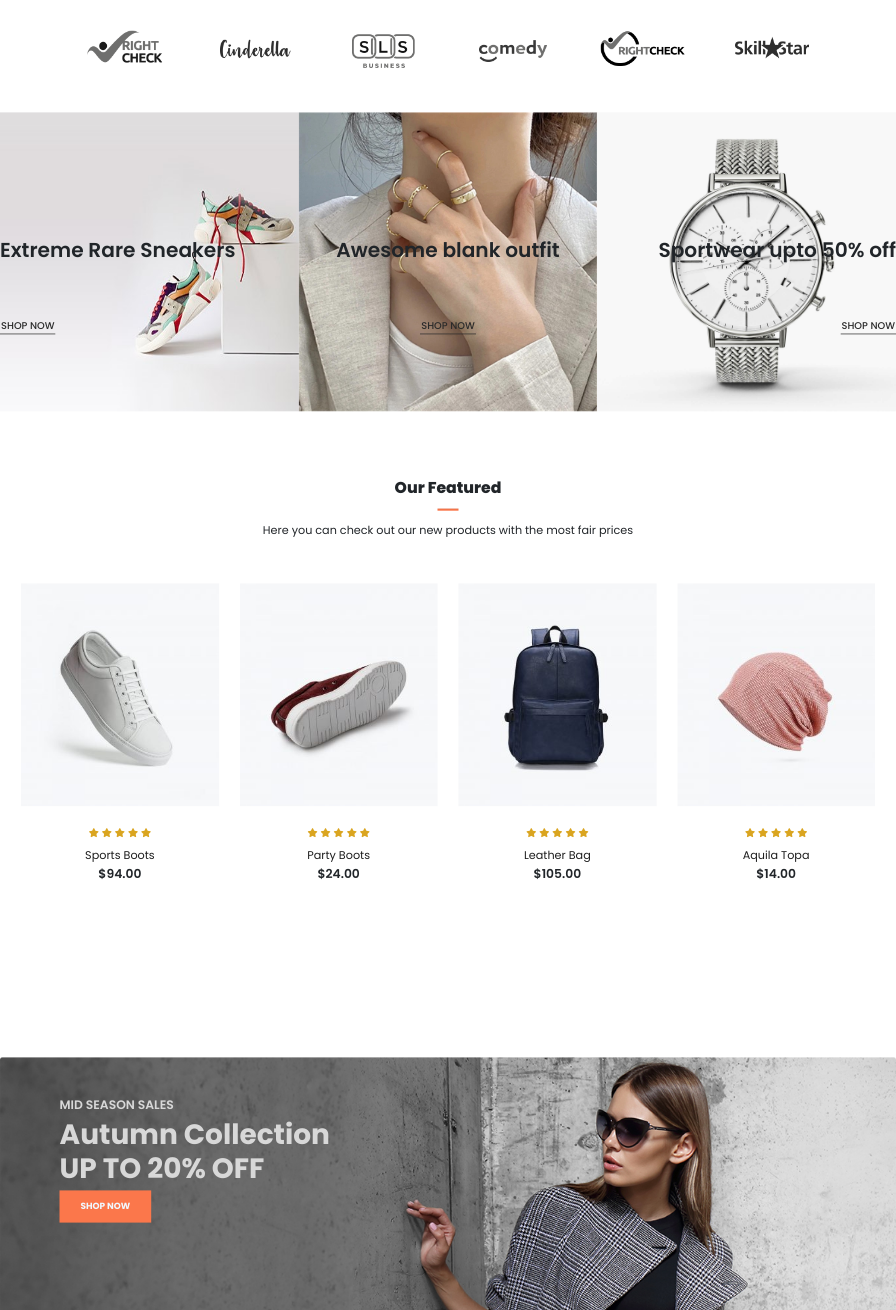
Repository: peter417waweru/e-commerce-UI
Page: index.html
The author's editor kept a copy of each file at every save. The page is drawn from the files as they stood at one save, then again after the next save.
The browser window is 1280 px wide. The pictures show the part of the page from y = 742 to 2662 px (the page is 2614 px tall before and 2662 px after), at 70% of full size.
Backgrounds fixed to the window are drawn as part of the page. Some web libraries are served in a nearby version.

Above is the page before, as saved 2025-02-07 23:48:28.

### index.html
<!DOCTYPE html>
<html lang="en">

    <head>
        <meta charset="UTF-8">
        <meta http-equiv="X-UA-Compatible" content="IE=edge">
        <meta name="viewport" content="width=device-width, initial-scale=1.0">
        <title>Ecommerce Website1</title>

        <link rel="stylesheet" href="https://cdn.jsdelivr.net/npm/bootstrap@4.1.3/dist/css/bootstrap.min.css"
         integrity="sha384-MCw98/SFnGE8fJT3GXwEOngsV7Zt27NXFoaoApmYm81iuXoPkFOJwJ8ERdknLPMO" crossorigin="anonymous">

        <link rel="stylesheet" href="https://pro.fontawesome.com/releases/v5.10.0/css/all.css" />

        <link rel="stylesheet" href="./style.css">
    </head>

    <body>

        <nav class="navbar navbar-expand-lg navbar-light bg-light py-3 fixed-top">
            <div class="container">
              <img src="img/logo1.png" alt="">
              <button class="navbar-toggler" type="button" data-bs-toggle="collapse" data-bs-target="#navbarSupportedContent" aria-controls="navbarSupportedContent" aria-expanded="false" aria-label="Toggle navigation">
                <span><i id="bar" class="fas fa-bars"></i></span>
              </button>
              <div class="collapse navbar-collapse" id="navbarSupportedContent">
                <ul class="navbar-nav ml-auto">
                  <li class="nav-item">
                    <a class="nav-link active" aria-current="page" href="#">Home</a>
                  </li>
                  <li class="nav-item">
                    <a class="nav-link" aria-current="page" href="#">Shop</a>
                  </li>
                  <li class="nav-item">
                    <a class="nav-link" aria-current="page" href="#">Blog</a>
                  </li>
                  <li class="nav-item">
                    <a class="nav-link" aria-current="page" href="#">About</a>
                  </li>
                  <li class="nav-item">
                    <a class="nav-link" aria-current="page" href="#">Contact Us</a>
                  </li>
                  <li class="nav-item">
                    <i class="fal fa-search"></i>
                    <i class="fal fa-shopping-bag"></i>
                  </li>


                </ul>

              </div>
            </div>
        </nav>


        <section id="home">
          <div class="container">
            <h5>NEW ARRIVALS</h5>
            <h1><span>Best Price</span> This year</h1>
            <p>Shop today with us for the best offers delivered to your doorsteps <br>
               within seconds.
            </p>
            <button>Shop Now</button>
          </div>
        </section>

        <section id="brand" class="container">
          <div class="row m-0 py-5">
            <img class="img-fluid col-lg-2 col-md-4 col-sm-6" src="img/brand/1.png" alt="">
            <img class="img-fluid col-lg-2 col-md-4 col-sm-6" src="img/brand/2.png" alt="">
            <img class="img-fluid col-lg-2 col-md-4 col-sm-6" src="img/brand/3.png" alt="">
            <img class="img-fluid col-lg-2 col-md-4 col-sm-6" src="img/brand/4.png" alt="">
            <img class="img-fluid col-lg-2 col-md-4 col-sm-6" src="img/brand/5.png" alt="">
            <img class="img-fluid col-lg-2 col-md-4 col-sm-6" src="img/brand/6.png" alt="">
          </div>
        </section>

        <section id="new" class="w-100">
          <div class="row p-0 m-0">
            <div class="one col-lg-4 col-md-12 col-sm-12 p-0">
              <img class="img-fluid" src="img/new/1.jpg" alt="">
              <div class="details">
                <h2>Extreme Rare Sneakers</h2>
                <button class="text-uppercase">shop now</button>
              </div>
            </div>
            <div class="one col-lg-4 col-md-12 col-sm-12 p-0">
              <img class="img-fluid" src="img/new/5.jpg" alt="">
              <div class="details">
                <h2>Awesome blank outfit</h2>
                <button class="text-uppercase">shop now</button>
              </div>
            </div>
            <div class="one col-lg-4 col-md-12 col-sm-12 p-0">
              <img class="img-fluid" src="img/new/3.jpg" alt="">
              <div class="details">
                <h2>Sportwear upto 50% off</h2>
                <button class="text-uppercase">shop now</button>
              </div>
            </div>
          </div>
        </section>

        <section id="featured" class="my-5 pb-5">
          <div class="container text-center mt-5 py-5">
            <h3>Our Featured</h3>
            <hr class="mx-auto">
            <p>Here you can check out our new products with the most fair prices</p>
          </div>
          <div class="row mx-auto container-fluid">
            <div class="product text-center col-lg-3 col-md-4 col-12">
              <img class="img-fluid mb-3" src="img/featured/1.jpg" alt="">
              <div class="star">
                <i class="fas fa-star"></i>
                <i class="fas fa-star"></i>
                <i class="fas fa-star"></i>
                <i class="fas fa-star"></i>
                <i class="fas fa-star"></i>
              </div>
              <h5 class="p-name">Sports Boots</h5>
              <h4 class="p-price">$94.00</h4>
              <button class="buy-btn">Buy Now</button>
            </div>
            <div class="product text-center col-lg-3 col-md-4 col-12">
              <img class="img-fluid mb-3" src="img/featured/2.jpg" alt="">
              <div class="star">
                <i class="fas fa-star"></i>
                <i class="fas fa-star"></i>
                <i class="fas fa-star"></i>
                <i class="fas fa-star"></i>
                <i class="fas fa-star"></i>
              </div>
              <h5 class="p-name">Party Boots</h5>
              <h4 class="p-price">$24.00</h4>
              <button class="buy-btn">Buy Now</button>
            </div>
            <div class="product text-center col-lg-3 col-md-4 col-12">
              <img class="img-fluid mb-3" src="img/featured/3.jpg" alt="">
              <div class="star">
                <i class="fas fa-star"></i>
                <i class="fas fa-star"></i>
                <i class="fas fa-star"></i>
                <i class="fas fa-star"></i>
                <i class="fas fa-star"></i>
              </div>
              <h5 class="p-name">Leather Bag</h5>
              <h4 class="p-price">$105.00</h4>
              <button class="buy-btn">Buy Now</button>
            </div>
            <div class="product text-center col-lg-3 col-md-4 col-12">
              <img class="img-fluid mb-3" src="img/featured/4.jpg" alt="">
              <div class="star">
                <i class="fas fa-star"></i>
                <i class="fas fa-star"></i>
                <i class="fas fa-star"></i>
                <i class="fas fa-star"></i>
                <i class="fas fa-star"></i>
              </div>
              <h5 class="p-name">Aquila Topa</h5>
              <h4 class="p-price">$14.00</h4>
              <button class="buy-btn">Buy Now</button>
            </div>
          </div>
        </section>

        <section id="banner">
          <div class="container">
            <h4>MID SEASON SALES</h4>
            <h1>Autumn Collection <br>
              UP TO 20% OFF
            </h1>
            <button class="text-uppercase">Shop Now</button>
          </div>

        </section>


        <script src="https://cdn.jsdelivr.net/npm/@popperjs/core@2.9.1/dist/umd/popper.min.js"
            integrity="sha384-SR1sx49pcuLnqZUnnPwx6FCym0wLsk5JZuNx2bPPENzswTNFaQU1RDvt3wT4gWFG"
            crossorigin="anonymous"></script>
        <script src="https://cdn.jsdelivr.net/npm/bootstrap@5.0.0-beta3/dist/js/bootstrap.min.js"
            integrity="sha384-j0CNLUeiqtyaRmlzUHCPZ+Gy5fQu0dQ6eZ/xAww941Ai1SxSY+0EQqNXNE6DZiVc"
            crossorigin="anonymous"></script>
    </body>

</html>

### style.css
@import url("https://fonts.googleapis.com/css2?family=Poppins:wght@100;200;300;400;500;600;700;800;900&display=swap");
* {
  margin: 0;
  padding: 0;
  box-sizing: border-box;
}

body {
  font-family: "Poppins", sans-serif;
}

h1 {
  font-size: 2.5rem;
  font-weight: 700;
}

h2 {
  font-size: 1.8rem;
  font-weight: 600;
}

h3 {
  font-size: 1.4rem;
  font-weight: 800;
}

h4 {
  font-size: 1.1rem;
  font-weight: 600;
}

h5 {
  font-size: 1rem;
  font-weight: 400;
  color: #1d1d1d;
}

h6 {
  color: #d8d8d8;
}

hr {
  width: 30px;
  height: 2px;
  background-color: #fb774b;
}

.star {
  padding: 10px 0;
}

.star i{
  font-size: 0.8rem;
  color: goldenrod;
}

button {
  font-size: 0.8rem;
  font-weight: 700;
  outline: none;
  border: none;
  background-color: #1d1d1d;
  color: aliceblue;
  padding: 13px 30px;
  cursor: pointer;
  text-transform: uppercase;
  transition: 0.3s ease;
}

button:hover {
  background-color: #3a3833;
}

hr {
  width: 30px;
  height: 2px;

}

.navbar {
  font-size: 16px;
  background-color: #d8d8d8;
  top: 0;
  left: 0;
}

.navbar-light .navbar-nav .nav-link{
  padding: 0 20px;
  color: black;
  transition: 0.3s ease;
}

.navbar-light .navbar-nav .nav-link:hover,
.navbar i:hover,
.navbar-light .navbar-nav .nav-link.active,
.navbar i.active
{
  color: coral;
}



.navbar i{
  font-size: 1.2rem;
  padding: 0 7px;
  cursor: pointer;
  transition: 0.3s ease;
}

/* Mobile Nav*/


.navbar-light .navbar-toggler{
  border: none;
  outline: none;
}

#bar {
  font-size: 1.5rem;
  padding: 7px;
  cursor: pointer;
  font-weight: 500;
  color: black;
  transition: 0.3s ease;
}

#bar:hover,
#bar.active{
  color: #fff;
}

@media only screen and (max-width: 990px) {

  body > nav > div > button:hover ,
  body > nav > div > button:focus {
    background-color: #fb774b;
  }

  body > nav > div > button:hover #bar,
  body > nav > div > button:focus #bar {
    background-color: #fb774b;
  }

  #navbarSupportedContent > ul {
    margin: 1rem;
    justify-content: flex-end;
    align-items: flex-end;
    text-align: right;
  }

  #navbarSupportedContent > ul > li:nth-child(n) > a {
    padding: 10px 0;
  }
}


#home {
  background-image: url("img/back.jpg");
  width: 100%;
  height: 100vh;
  background-size: cover;
  background-position: top 70px center;
  display: flex;
  flex-direction: column;
  align-items: flex-start;
  justify-content: center;

}

#home span{
  color: coral;
}

#new .row .one img{
  width: 100%;
  height: 100%;
  background-position: center center;
  background-repeat: no-repeat;
  background-size: cover;
  position: relative;
}


#new .row .one .details{
  position: absolute;
  width: 100%;
  height: 100%;
  top: 0;
  left: 0;
  transition: 0.3s ease;
}

#new .row .one:hover .details{
  cursor: pointer;
  background-color: rgba(255, 178, 178, 0.8);
}

#new .row .one .details button{
 display: inline-block;
 font-size: 14px;
 font-weight: 500;
 color: #2a2a2a;
 background: none;
 text-transform: uppercase;
 border-bottom: 1px solid #2a2a2a;
 padding: 1.5px;
 transform: translateY(70px);
 transition: 0.3s ease;
}

#new .row .one .details button:hover{
  cursor: pointer;
  color: #fff;
  border-bottom: 1px solid #fff;
}

#new .row .one:nth-child(1) .details{
  display: flex;
  justify-content: center;
  flex-direction: column;
  align-items: flex-start;
  text-align: start;
}

#new .row .one:nth-child(2) .details{
  display: flex;
  justify-content: center;
  flex-direction: column;
  align-items: center;
  text-align: center;
}

#new .row .one:nth-child(3) .details{
  display: flex;
  justify-content: center;
  flex-direction: column;
  align-items: flex-end;
  text-align: end;
}

/*Products*/

.product {
  cursor: pointer;
  margin-bottom: 2rem;
}

.product img{
  transition: 0.3s all;
}

.product img:hover{
  opacity: 0.7;
}

.product .buy-btn{
  background: #fb774b;
  transform: translateY(20px);
  opacity: 0;
  transition: 0.3s all;
}
.product:hover .buy-btn{
  transform: translateY(0px);
  opacity: 1;
}

#banner {
  background-image: url("img/banner/2.jpg");
  width: 100%;
  height: 60vh;
  background-size: cover;
  background-position: top 70px center;
  background-repeat: no-repeat;
  background-attachment: fixed;
  display: flex;
  flex-direction: column;
  align-items: flex-start;
  justify-content: center;
}

#banner h4{
  color: #D8D8D8;
}

#banner h1{
  color: #D8D8D8;
}

#banner button{
  background-color: #fb774b;
}

After the next save:
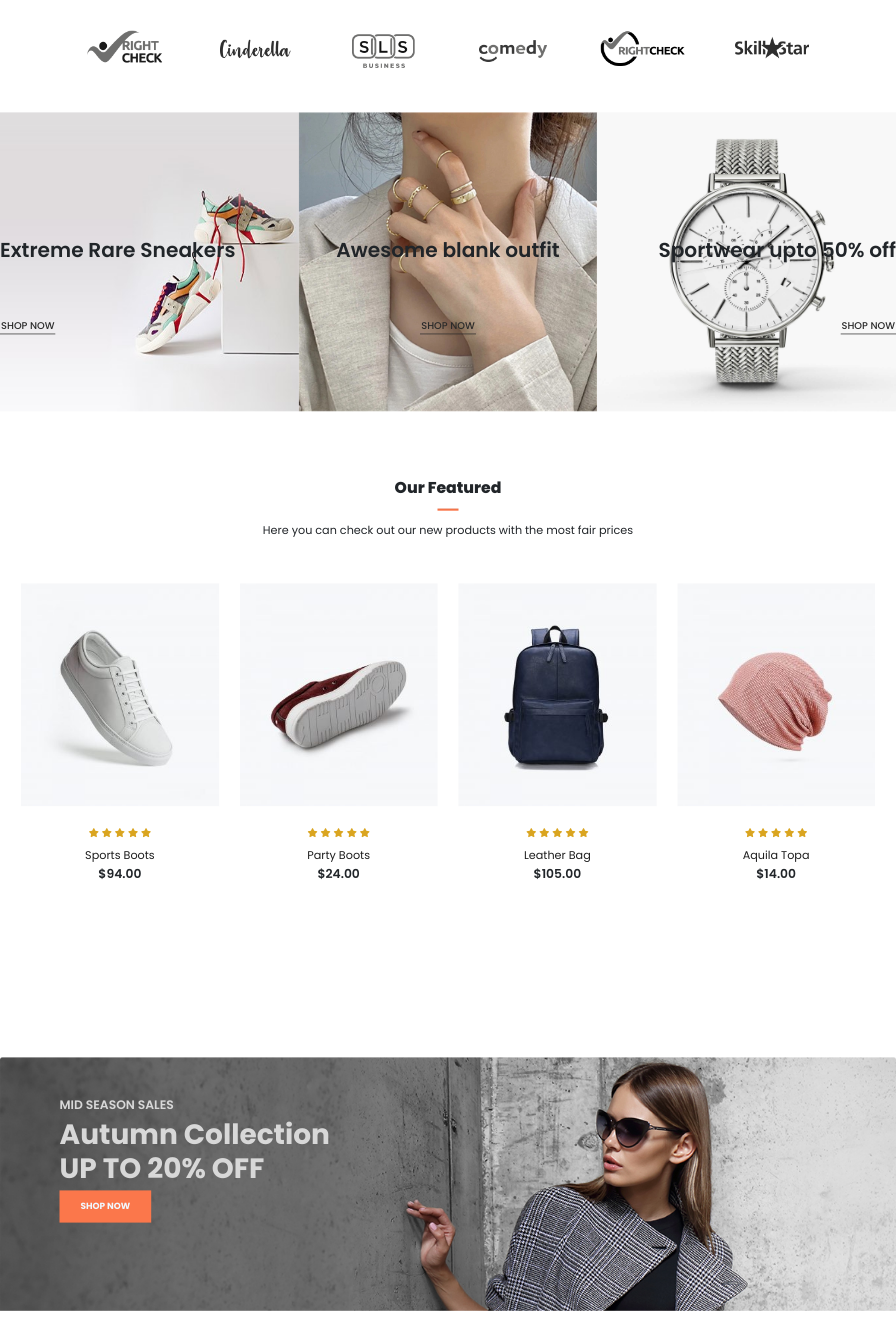
Saved 81 s later.
--- a/index.html
+++ b/index.html
@@ -163,7 +163,7 @@
           </div>
         </section>
 
-        <section id="banner">
+        <section id="banner" class="my-5 py-3">
           <div class="container">
             <h4>MID SEASON SALES</h4>
             <h1>Autumn Collection <br>
